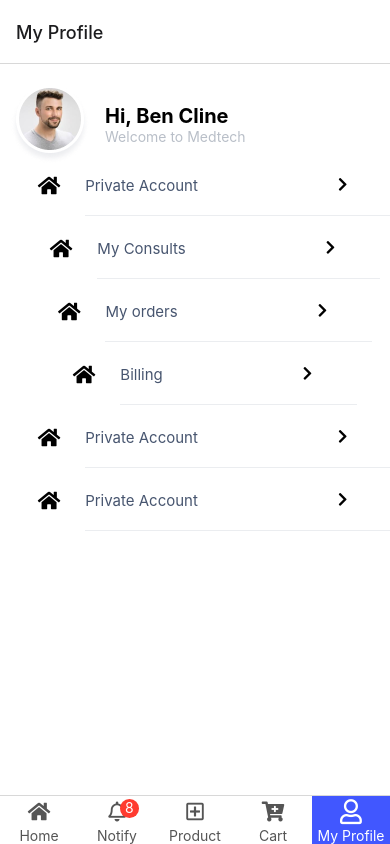
Repository: ntu34543/designReactNative
Screen: /My Profile
An editor plug-in stored every save of this project. The screen is shown before and after the next save, followed by the edit.
The app was drawn by React Native's web renderer in a window 390 px wide. The project was rebuilt for these pictures with package versions that can differ from the ones it lists, and the page was loaded fresh each time. Some packages were replaced by stand-ins written for this rebuild. Also part of the build but not shown: page/DiabetesCare.js, page/Notify.js, page/Cart.js.

Above is the screen before, as saved 2022-11-02 10:58:19.

### App.js
import { StatusBar } from "expo-status-bar";
import { StyleSheet, Text, View, Pressable, TabBarIOSItem } from "react-native";
import { NavigationContainer } from "@react-navigation/native";
import { createStackNavigator } from "@react-navigation/stack";
import ScreenA from "./page/Home";
import ScreenB from "./page/DiabetesCare";
import Profile from "./page/Profile";
import Notify from "./page/Notify";
import Cart from "./page/Cart";
import FontAwesome5 from "react-native-vector-icons/FontAwesome5";
import { createBottomTabNavigator } from "@react-navigation/bottom-tabs";

const Tab = createBottomTabNavigator();
const Stack = createStackNavigator();
// const Tab = createStackNavigator();
export default function App() {
  return (
    <NavigationContainer>
      <Tab.Navigator
        // screenOptions={{ header: () => null }}
        screenOptions={({ route }) => ({
          tabBarIcon: ({ focused, size, color }) => {
            let iconName;
            if (route.name === "Home") {
              iconName = "home";
              size = focused ? 25 : 20;
              // color = focused ? "#f0f" : "#555";
            } else if (route.name === "Product") {
              iconName = "plus-square";
              size = focused ? 25 : 20;
              // color = focused ? "#f0f" : "#555";
            } else if (route.name === "My Profile") {
              iconName = "user";
              size = focused ? 25 : 20;
              // color = focused ? "#f0f" : "#555";
            } else if (route.name === "Notify") {
              iconName = "bell";
              size = focused ? 25 : 20;
              // color = focused ? "#f0f" : "#555";
            } else if (route.name === "Cart") {
              iconName = "cart-plus";
              size = focused ? 25 : 20;
              // color = focused ? "#f0f" : "#555";
            }
            return <FontAwesome5 name={iconName} size={size} color={color} />;
          },
        })}
        tabBarOptions={{
          activeTintColor: "white",
          activeBackgroundColor: "#4157ff",
          inactiveTintColor: "#555",
          inactiveBackgroundColor: "white",
          showLabel: true,
          labelStyle: { fontSize: 14 },
        }}
      >
        <Tab.Screen
          name="Home"
          component={ScreenA}
          // options={{ tabBarBadge: 3 }}
        />
        {/* options={{header: () => null}} */}
        <Tab.Screen name="Notify" options={{ tabBarBadge: 8 }} component={Notify} />
        <Tab.Screen name="Product" component={ScreenB} />
        <Tab.Screen name="Cart" component={Cart} />
        <Tab.Screen name="My Profile" component={Profile} />
      </Tab.Navigator>
    </NavigationContainer>
  );
}

### page/Home.js
import { StatusBar } from "expo-status-bar";
import { StyleSheet, Text, View, Pressable } from "react-native";

export default function ScreenA({ navigation }) {
  const onPressHandler = () => {
    navigation.navigate("Screen_B");
    // navigation.replace("Screen_B");
  };
  return (
    <View style={styles.body}>
      <Text style={styles.text}>Home</Text>
      <Pressable
        onPress={onPressHandler}
        style={({ pressed }) => ({
          backgroundColor: pressed ? "#ddd" : "#0f0",
        })}
      >
        <Text style={styles.text}>Go to the Screen B</Text>
      </Pressable>
    </View>
  );
}

const styles = StyleSheet.create({
  body: {
    flex: 1,
    justifyContent: "center",
    alignItems: "center",
  },
  text: {
    fontSize: 30,
    fontWeight: "bold",
  },
});

### page/Profile.js
import { useState } from "react";
import { StatusBar } from "expo-status-bar";
import {
  StyleSheet,
  Text,
  View,
  Pressable,
  Image,
  ScrollView,
  FlatList,
  SafeAreaView,
} from "react-native";
import FontAwesome5 from "react-native-vector-icons/FontAwesome5";

export default function Profile({ navigation }) {
  const onPressHandler = () => {
    navigation.navigate("Screen_A");
    // navigation.goBack();
  };
  return (
    <View style={styles.body}>
      <View style={styles.header}>
        <Image
          style={styles.image}
          source={require("../assets/img/profile.png")}
        />
        <View style={styles.inf}>
          <Text style={styles.text1}>Hi, Ben Cline</Text>
          <Text style={styles.text2}>Welcome to Medtech</Text>
        </View>
      </View>
      <View style={styles.main}>
        <View style={styles.block}>
          <FontAwesome5 name="home" size={20} style={styles.iconHome} />
          <View style={styles.item}>
            <Text style={styles.text3}>Private Account</Text>
            <FontAwesome5 name="chevron-right" size={15} color="black" style={styles.iconChevron} />
          </View>
        </View>
        <View style={styles.block}>
          <FontAwesome5 name="home" size={20} style={styles.iconHome} />
          <View style={styles.item}>
            <Text style={styles.text3}>My Consults</Text>
            <FontAwesome5 name="chevron-right" size={15} color="black" style={styles.iconChevron} />
          </View>
        </View>
        <View style={styles.block}>
          <FontAwesome5 name="home" size={20} style={styles.iconHome} />
          <View style={styles.item}>
            <Text style={styles.text3}>My orders</Text>
            <FontAwesome5 name="chevron-right" size={15} color="black" style={styles.iconChevron} />
          </View>
        </View>
        <View style={styles.block}>
          <FontAwesome5 name="home" size={20} style={styles.iconHome} />
          <View style={styles.item}>
            <Text style={styles.text3}>Billing</Text>
            <FontAwesome5 name="chevron-right" size={15} color="black" style={styles.iconChevron} />
          </View>
        </View>
        <View style={styles.block}>
          <FontAwesome5 name="home" size={20} style={styles.iconHome} />
          <View style={styles.item}>
            <Text style={styles.text3}>Private Account</Text>
            <FontAwesome5 name="chevron-right" size={15} color="black" style={styles.iconChevron} />
          </View>
        </View>
        <View style={styles.block}>
          <FontAwesome5 name="home" size={20} style={styles.iconHome} />
          <View style={styles.item}>
            <Text style={styles.text3}>Private Account</Text>
            <FontAwesome5 name="chevron-right" size={15} color="black" style={styles.iconChevron} />
          </View>
        </View>
      </View>
    </View>
  );
}

const styles = StyleSheet.create({
  body: {
    flex: 1,
    backgroundColor: "white",
    paddingLeft: 10,
    paddingRight: 0,
  },
  text: {
    fontSize: 30,
    fontWeight: "bold",
  },
  header: {
    flexDirection: "row",
    alignItems: "center",
    marginTop: 20,
  },
  inf: {
    marginLeft: 15,
  },
  image: {},
  text1: {
    fontWeight: "bold",
    fontSize: 20,
  },
  text2: {
    fontWeight: "light",
    fontSize: 14,
    color: "#b9bfc8",
  },
  main: {},
  block: {
    flexDirection: "row",
    alignItems: "center",
    justifyContent: "center",
    padding: 10,
  },
  item: {
    flexDirection: "row",
    borderBottomWidth: 1,
    borderBottomColor: "#091C3F14",
    marginLeft: 25,
    alignItems: "center",
    paddingRight: 45,
    paddingBottom: 20,
  },
  text3: {
    color: "#091C3FBF",
    fontWeight: "light",
    fontSize: 15,
  },
  iconChevron : {
    paddingLeft: 140,
  },
  iconHome: {
    marginLeft: 30,
    paddingBottom: 20,
  }
});

After the next save:
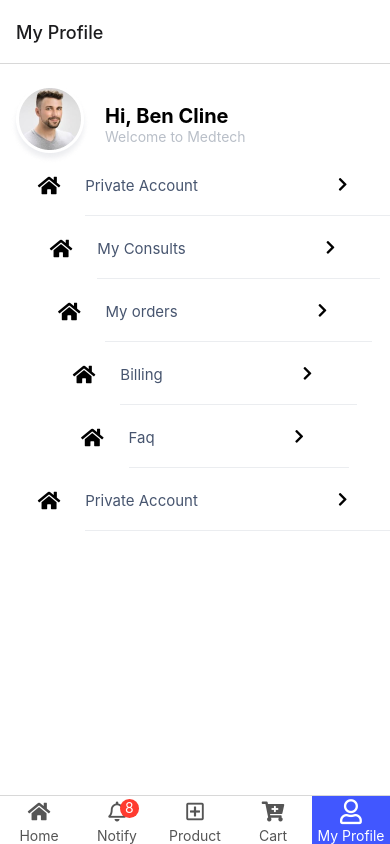
Saved 7 s later.
--- a/page/Profile.js
+++ b/page/Profile.js
@@ -61,7 +61,7 @@ export default function Profile({ navigation }) {
         <View style={styles.block}>
           <FontAwesome5 name="home" size={20} style={styles.iconHome} />
           <View style={styles.item}>
-            <Text style={styles.text3}>Private Account</Text>
+            <Text style={styles.text3}>Faq</Text>
             <FontAwesome5 name="chevron-right" size={15} color="black" style={styles.iconChevron} />
           </View>
         </View>
